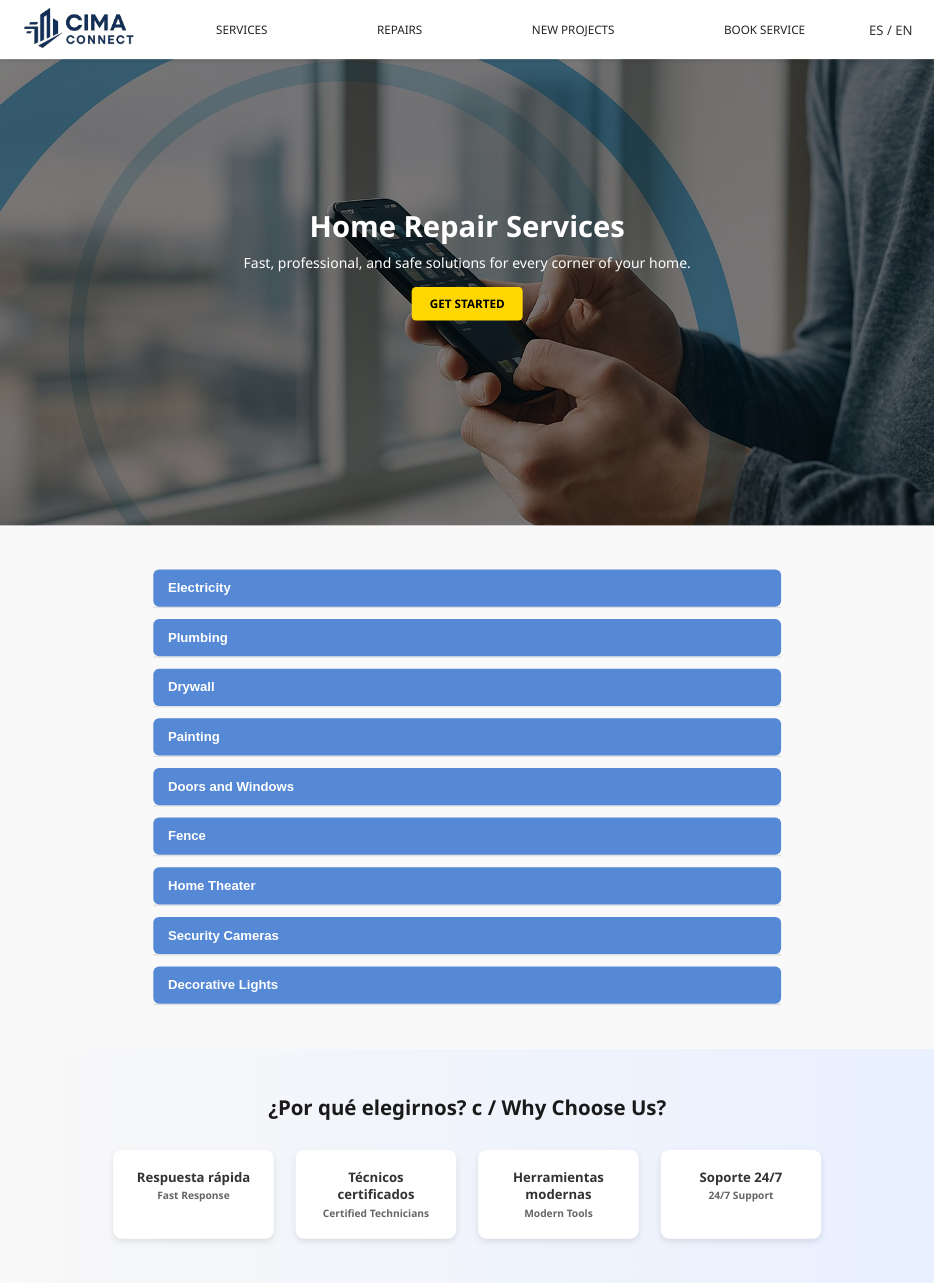
Repository: medranokaren/cima-connect
Page: reparaciones.html
These files come from the project's save history. The page is drawn as it stood at one moment and after the next save; the edit follows.
The browser window is 1280 px wide. The pictures show the whole page, at 73% of full size.
After loading, the first visible `div.lang-switch` was clicked once.

Above is the page before, as saved 2025-07-28 20:03:45.

### reparaciones.html
 <!DOCTYPE html>
<html lang="es">
<head>
  <meta charset="UTF-8" />
  <meta name="viewport" content="width=device-width, initial-scale=1.0"/>
  <title>Reparaciones | CIMA CONNECT</title>
  <link rel="stylesheet" href="style.css" />
</head>
<body>
<header class="menu-bar">
  <a href="index.html">
    <img src="logo5.jpg" alt="CIMA CONNECT Logo" class="logo-header">
  </a>
  <nav class="main-nav">
    <ul>
      <li><a href="servicios.html"><span class="es">SERVICIOS</span><span class="en" style="display:none;">SERVICES</span></a></li>
      <li><a href="reparaciones.html"><span class="es">REPARACIONES</span><span class="en" style="display:none;">REPAIRS</span></a></li>
      <li><a href="index.html#proyectos"><span class="es">NUEVOS PROYECTOS</span><span class="en" style="display:none;">NEW PROJECTS</span></a></li>
      <li><a href="index.html#agenda"><span class="es">AGENDAR SERVICIO</span><span class="en" style="display:none;">BOOK SERVICE</span></a></li>
    </ul>
  </nav>
  <div class="lang-switch" onclick="toggleLang()">ES / EN</div>
</header>

<section class="hero-reparaciones">
  <img src="reparacionesportada.jpg" alt="Reparaciones CIMA CONNECT">
  <div class="overlay-hero">
    <h1><span class="es">Reparaciones para tu hogar</span><span class="en" style="display:none;">Home Repair Services</span></h1>
    <p><span class="es">Soluciones rápidas, profesionales y seguras para cada rincón de tu hogar.</span><span class="en" style="display:none;">Fast, professional, and safe solutions for every corner of your home.</span></p>
    <a href="#acordeon" class="btn-empezar"><span class="es">EMPEZAR</span><span class="en" style="display:none;">GET STARTED</span></a>
  </div>
</section>

<section id="acordeon" class="acordeon-container">

  <!--  Electricidad -->
  <div class="acordeon-item">
    <button class="acordeon-boton"> <span class="es">Electricidad</span><span class="en" style="display:none;">Electricity</span></button>
    <div class="acordeon-contenido">
      <ul>
        <li><span class="es">Cambiar focos</span><span class="en">Change light bulbs</span></li>
        <li><span class="es">Agregar breaker</span><span class="en">Add breaker</span></li>
        <li><span class="es">Revisión de corto</span><span class="en">Short circuit check</span></li>
        <li><span class="es">Instalación de abanico</span><span class="en">Fan installation</span></li>
        <li><span class="es">Panel o subpanel</span><span class="en">Panel or subpanel</span></li>
      </ul>
      <button class="btn-agendar"><span class="es">AGENDAR</span><span class="en">BOOK</span></button>
    </div>
  </div>

  <!--  Plomería -->
  <div class="acordeon-item">
    <button class="acordeon-boton"> <span class="es">Plomería</span><span class="en">Plumbing</span></button>
    <div class="acordeon-contenido">
      <ul>
        <li><span class="es">Fugas en fregadero</span><span class="en">Sink leaks</span></li>
        <li><span class="es">Cambio de grifo</span><span class="en">Faucet replacement</span></li>
        <li><span class="es">Reemplazo de inodoro</span><span class="en">Toilet replacement</span></li>
        <li><span class="es">Destapar regadera</span><span class="en">Unclog shower</span></li>
        <li><span class="es">Instalación de calentador</span><span class="en">Water heater installation</span></li>
      </ul>
      <button class="btn-agendar"><span class="es">AGENDAR</span><span class="en">BOOK</span></button>
    </div>
  </div>

  <!--  Drywall -->
  <div class="acordeon-item">
    <button class="acordeon-boton"> <span class="es">Drywall</span><span class="en">Drywall</span></button>
    <div class="acordeon-contenido">
      <ul>
        <li><span class="es">Tapar agujeros</span><span class="en">Patch holes</span></li>
        <li><span class="es">Reemplazar paneles</span><span class="en">Replace panels</span></li>
        <li><span class="es">Aplicar textura</span><span class="en">Apply texture</span></li>
        <li><span class="es">Reparar humedad</span><span class="en">Fix moisture damage</span></li>
        <li><span class="es">Parches por impacto</span><span class="en">Impact patches</span></li>
      </ul>
      <button class="btn-agendar"><span class="es">AGENDAR</span><span class="en">BOOK</span></button>
    </div>
  </div>

  <!--  Pintura -->
  <div class="acordeon-item">
    <button class="acordeon-boton"> <span class="es">Pintura</span><span class="en">Painting</span></button>
    <div class="acordeon-contenido">
      <ul>
        <li><span class="es">Pintura de cuarto completo</span><span class="en">Full room painting</span></li>
        <li><span class="es">Retocar pintura</span><span class="en">Touch-up paint</span></li>
        <li><span class="es">Pintar molduras</span><span class="en">Trim & door painting</span></li>
        <li><span class="es">Sellado previo</span><span class="en">Pre-sealing</span></li>
        <li><span class="es">Pintura de techos</span><span class="en">Ceiling painting</span></li>
      </ul>
      <button class="btn-agendar"><span class="es">AGENDAR</span><span class="en">BOOK</span></button>
    </div>
  </div>

  <!--  Puertas y Ventanas -->
  <div class="acordeon-item">
    <button class="acordeon-boton"> <span class="es">Puertas y ventanas</span><span class="en">Doors and Windows</span></button>
    <div class="acordeon-contenido">
      <ul>
        <li><span class="es">Ajuste de puerta</span><span class="en">Door adjustment</span></li>
        <li><span class="es">Cambio de manija</span><span class="en">Handle replacement</span></li>
        <li><span class="es">Instalación de puerta</span><span class="en">New door install</span></li>
        <li><span class="es">Sellado de ventana</span><span class="en">Window sealing</span></li>
      </ul>
      <button class="btn-agendar"><span class="es">AGENDAR</span><span class="en">BOOK</span></button>
    </div>
  </div>

  <!--  Fence -->
  <div class="acordeon-item">
    <button class="acordeon-boton"> <span class="es">Cerca / Fence</span><span class="en">Fence</span></button>
    <div class="acordeon-contenido">
      <ul>
        <li><span class="es">Reparar fence</span><span class="en">Fix broken fence</span></li>
        <li><span class="es">Cambiar tablas</span><span class="en">Replace boards</span></li>
        <li><span class="es">Ajuste de portón</span><span class="en">Gate adjustment</span></li>
        <li><span class="es">Pintura o sellado</span><span class="en">Paint/seal fence</span></li>
      </ul>
      <button class="btn-agendar"><span class="es">AGENDAR</span><span class="en">BOOK</span></button>
    </div>
  </div>

  <!--  Cine en casa -->
  <div class="acordeon-item">
    <button class="acordeon-boton"> <span class="es">Cine en casa</span><span class="en">Home Theater</span></button>
    <div class="acordeon-contenido">
      <ul>
        <li><span class="es">Instalación de bocinas</span><span class="en">Speaker installation</span></li>
        <li><span class="es">Instalación de proyector</span><span class="en">Projector setup</span></li>
        <li><span class="es">Configuración de audio</span><span class="en">Audio configuration</span></li>
        <li><span class="es">Cableado oculto</span><span class="en">Hidden wiring</span></li>
      </ul>
      <button class="btn-agendar"><span class="es">AGENDAR</span><span class="en">BOOK</span></button>
    </div>
  </div>

  <!--  Cámaras -->
  <div class="acordeon-item">
    <button class="acordeon-boton"> <span class="es">Cámaras de seguridad</span><span class="en">Security Cameras</span></button>
    <div class="acordeon-contenido">
      <ul>
        <li><span class="es">Instalación de cámaras</span><span class="en">Camera installation</span></li>
        <li><span class="es">Configuración de app</span><span class="en">App configuration</span></li>
        <li><span class="es">Ajuste de ángulos</span><span class="en">Angle adjustments</span></li>
        <li><span class="es">Revisión del sistema</span><span class="en">System check</span></li>
      </ul>
      <button class="btn-agendar"><span class="es">AGENDAR</span><span class="en">BOOK</span></button>
    </div>
  </div>

  <!--  Luces decorativas -->
  <div class="acordeon-item">
    <button class="acordeon-boton"> <span class="es">Luces decorativas</span><span class="en">Decorative Lights</span></button>
    <div class="acordeon-contenido">
      <ul>
        <li><span class="es">Instalación navideña</span><span class="en">Holiday installation</span></li>
        <li><span class="es">Luces LED inteligentes</span><span class="en">Smart LED lights</span></li>
        <li><span class="es">Colocación en techos</span><span class="en">Roof/railing lights</span></li>
      </ul>
      <button class="btn-agendar"><span class="es">AGENDAR</span><span class="en">BOOK</span></button>
    </div>
  </div>

</section>

<!--  seccion tarjetas -->
  <section class="why-choose">
  <h2>¿Por qué elegirnos? c / Why Choose Us?</h2>
  <div class="features">
    <div class="feature-box">
      <i class="fas fa-bolt"></i>
      <h3>Respuesta rápida<br><span>Fast Response</span></h3>
    </div>
    <div class="feature-box">
      <i class="fas fa-user-hard-hat"></i>
      <h3>Técnicos certificados<br><span>Certified Technicians</span></h3>
    </div>
    <div class="feature-box">
      <i class="fas fa-tools"></i>
      <h3>Herramientas modernas<br><span>Modern Tools</span></h3>
    </div>
    <div class="feature-box">
      <i class="fas fa-headset"></i>
      <h3>Soporte 24/7<br><span>24/7 Support</span></h3>
    </div>
  </div>
</section>



<script src="script.js"></script>
</body>
</html>

### script.js
 // Mostrar/Ocultar menú lateral
function toggleMenu() {
  const sidebar = document.getElementById("sidebar");
  sidebar.classList.toggle("active");
}

// Cambiar idioma ES/EN
function toggleLang() {
  const spanishElements = document.querySelectorAll(".es");
  const englishElements = document.querySelectorAll(".en");

  spanishElements.forEach(el => {
    el.style.display = (el.style.display === "none") ? "inline" : "none";
  });

  englishElements.forEach(el => {
    el.style.display = (el.style.display === "none") ? "inline" : "none";
  });
}

// Mostrar submenú
function openSubMenu(id) {
  document.querySelectorAll(".submenu, .subsubmenu").forEach(el => {
    el.style.display = "none";
  });
  document.getElementById(id).style.display = "block";
}

// Volver al submenú anterior
function goBack() {
  document.querySelectorAll(".submenu, .subsubmenu").forEach(el => {
    el.style.display = "none";
  });
  document.getElementById("repairs").style.display = "block";
}

// Volver a menú específico
function goBackTo(id) {
  document.querySelectorAll(".submenu, .subsubmenu").forEach(el => {
    el.style.display = "none";
  });
  document.getElementById(id).style.display = "block";
}
let currentSlide = 0;
const slides = document.querySelectorAll(".carousel-slide");

function showSlide(index) {
  slides.forEach((slide, i) => {
    slide.classList.remove("active");
    if (i === index) {
      slide.classList.add("active");
    }
  });
}

setInterval(() => {
  currentSlide = (currentSlide + 1) % slides.length;
  showSlide(currentSlide);
}, 5000);
function toggleMenu() {
  const menu = document.getElementById("mobileMenu");
  menu.classList.toggle("active");
}















function mostrarImagen(imagen) {
  document.getElementById("imagen-servicio").src = imagen;
}
// Funcionalidad de acordeón
document.querySelectorAll('.acordeon-boton').forEach((boton) => {
  boton.addEventListener('click', function () {
    const item = this.parentElement;
    const estaActivo = item.classList.contains('activo');

    // Cierra todos los items
    document.querySelectorAll('.acordeon-item').forEach((i) => {
      i.classList.remove('activo');
    });

    // Abre solo el que se clickeó (si no estaba abierto)
    if (!estaActivo) {
      item.classList.add('activo');
    }
  });
});

// Cambio de imagen
function mostrarImagen(src) {
  document.getElementById('imagen-servicio').src = src;
}






// ========== CAMBIO DE IDIOMA ========== //
function toggleLang() {
  const isSpanish = document.querySelector('.es').style.display !== 'none';

  document.querySelectorAll('.es').forEach((el) => {
    el.style.display = isSpanish ? 'none' : 'inline';
  });

  document.querySelectorAll('.en').forEach((el) => {
    el.style.display = isSpanish ? 'inline' : 'none';
  });
}

// ========== EFECTO SCROLL EN MÓVIL ========== //
function mostrarBloquesScroll() {
  const bloques = document.querySelectorAll('.servicio-bloque');
  const trigger = window.innerHeight * 0.85;

  bloques.forEach((bloque) => {
    const top = bloque.getBoundingClientRect().top;
    if (top < trigger) {
      bloque.classList.add('visible');
    }
  });
}

window.addEventListener('scroll', mostrarBloquesScroll);
window.addEventListener('load', mostrarBloquesScroll);

// Funcionalidad de acordeón
document.querySelectorAll('.acordeon-boton').forEach((boton) => {
  boton.addEventListener('click', function () {
    const item = this.parentElement;
    const estaActivo = item.classList.contains('activo');

    // Cierra todos los items
    document.querySelectorAll('.acordeon-item').forEach((i) => {
      i.classList.remove('activo');
    });

    // Abre solo el que se clickeó (si no estaba abierto)
    if (!estaActivo) {
      item.classList.add('activo');
    }
  });
});

// Cambio de idioma (opcional, si tienes botón de idioma con id="langToggle")
const langToggle = document.getElementById('langToggle');

if (langToggle) {
  langToggle.addEventListener('click', () => {
    const isSpanish = document.querySelector('.es').style.display !== 'none';

    document.querySelectorAll('.es').forEach((el) => {
      el.style.display = isSpanish ? 'none' : 'inline';
    });

    document.querySelectorAll('.en').forEach((el) => {
      el.style.display = isSpanish ? 'inline' : 'none';
    });
  });
}




































// ========== ACORDEÓN (pagina reparaciones) ========== //
document.querySelectorAll('.acordeon-boton').forEach((boton) => {
  boton.addEventListener('click', function () {
    const item = this.parentElement;
    const estaActivo = item.classList.contains('activo');

    // Cierra todos los items
    document.querySelectorAll('.acordeon-item').forEach((i) => {
      i.classList.remove('activo');
    });

    // Abre solo el que se clickeó (si no estaba abierto)
    if (!estaActivo) {
      item.classList.add('activo');
    }
  });
});

// ========== CAMBIO DE IDIOMA ========== //
function toggleLang() {
  const isSpanish = document.querySelector('.es').style.display !== 'none';

  document.querySelectorAll('.es').forEach((el) => {
    el.style.display = isSpanish ? 'none' : 'inline';
  });

  document.querySelectorAll('.en').forEach((el) => {
    el.style.display = isSpanish ? 'inline' : 'none';
  });
}

// ========== EFECTO SCROLL EN MÓVIL ========== //
function mostrarBloquesScroll() {
  const bloques = document.querySelectorAll('.servicio-bloque');
  const trigger = window.innerHeight * 0.85;

  bloques.forEach((bloque) => {
    const top = bloque.getBoundingClientRect().top;
    if (top < trigger) {
      bloque.classList.add('visible');
    }
  });
}

window.addEventListener('scroll', mostrarBloquesScroll);
window.addEventListener('load', mostrarBloquesScroll);

Loaded but not shown: style.css (1347 lines, source omitted)

After the next save:
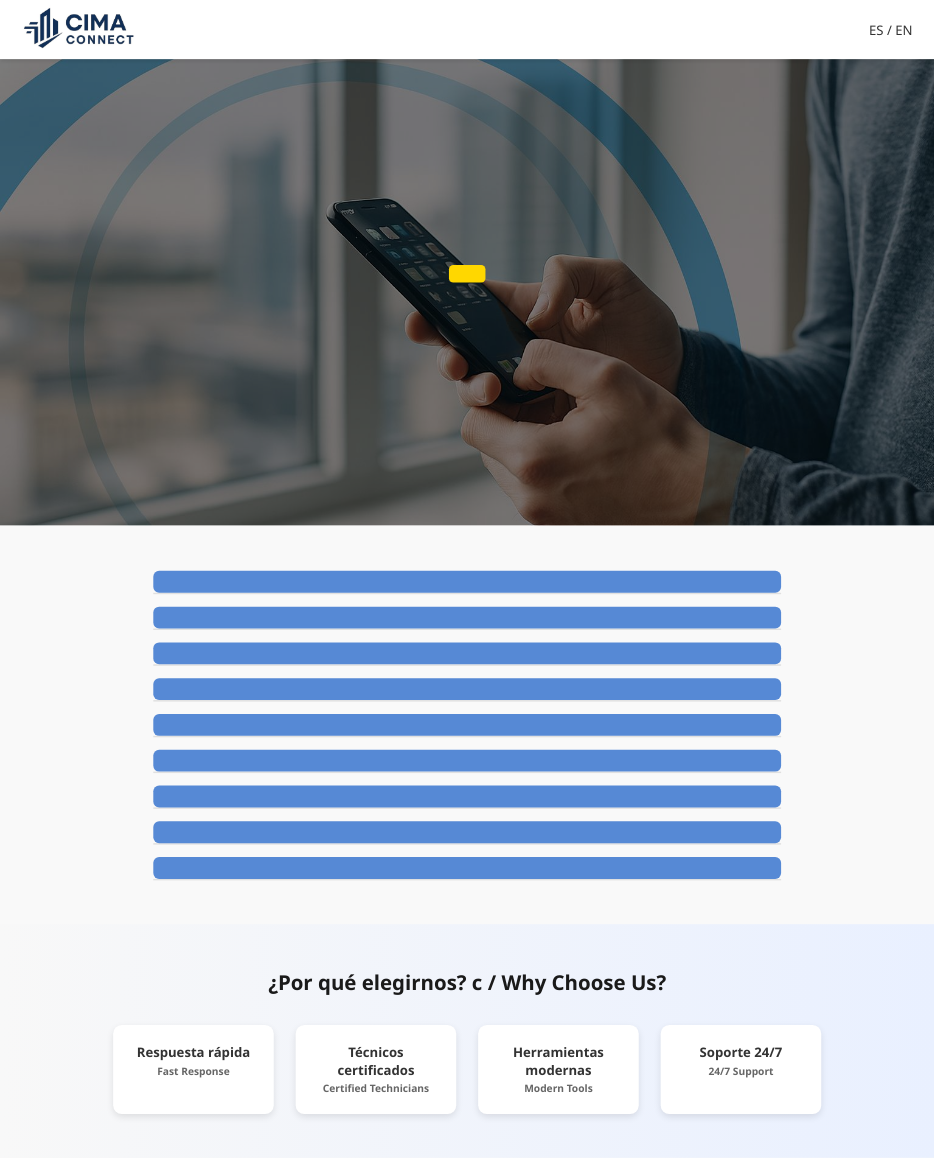
Saved 5 min 21 s later.
--- a/script.js
+++ b/script.js
@@ -252,3 +252,15 @@ function mostrarBloquesScroll() {
 
 window.addEventListener('scroll', mostrarBloquesScroll);
 window.addEventListener('load', mostrarBloquesScroll);
+
+
+// ========== seccion tarjetas=======//
+
+// Cambiar idioma (ES / EN)
+document.querySelectorAll('.lang-switch').forEach(btn => {
+  btn.addEventListener('click', () => {
+    const lang = btn.textContent.trim().toLowerCase();
+    document.querySelectorAll('.es').forEach(el => el.style.display = lang === 'es' ? 'inline' : 'none');
+    document.querySelectorAll('.en').forEach(el => el.style.display = lang === 'en' ? 'inline' : 'none');
+  });
+});
